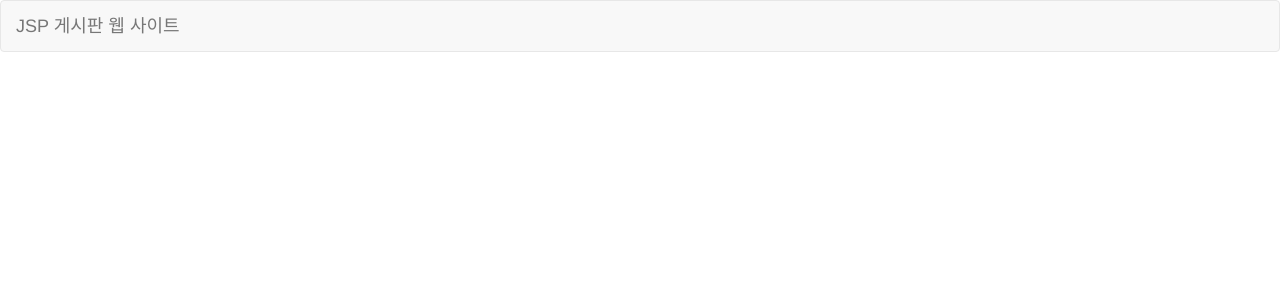
Repository: kimdy108/jsp-bbs
Page: http://localhost/BBS/join.jsp
These files come from the project's save history. The page is drawn as it stood at one moment and after the next save; the edit follows.
The browser window is 1280 px wide. The pictures show the whole page.
Some web libraries are served in a nearby version. The page is served by Tomcat 9.

Above is the page before, as saved 2025-05-24 06:25:00.

After the next save:
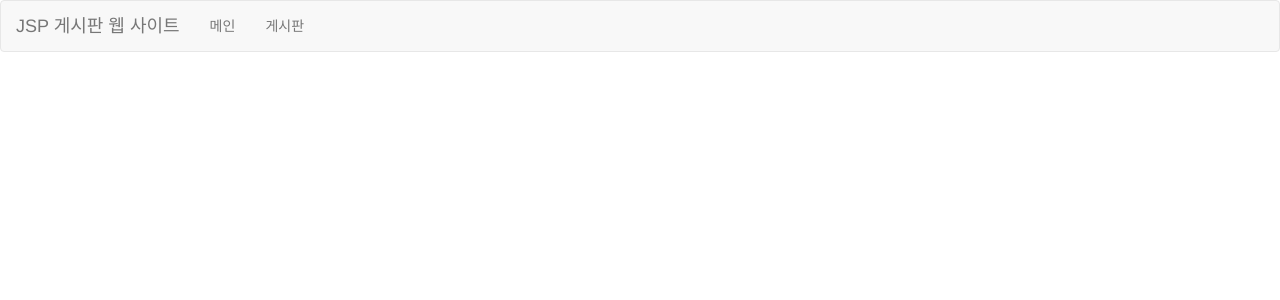
Saved 3 min 5 s later.
--- a/BBS/src/main/webapp/join.jsp
+++ b/BBS/src/main/webapp/join.jsp
@@ -20,6 +20,12 @@
 			</button>
 			<a class="navbar-brand" href="main.jsp">JSP 게시판 웹 사이트</a>
 		</div>
+		<div class="collapse navbar-collapse" id="bs-example-navbar-collapse-1">
+			<ul class="nav navbar-nav">
+				<li><a href="main.jsp">메인</a></li>
+				<li><a href="bbs.jsp">게시판</a></li>
+			</ul>
+		</div>
 	</nav>
 	<script src="https://code.jquery.com/jquery-3.1.1.min.js"></script>
 	<script src="js/bootstrap.js"></script>
